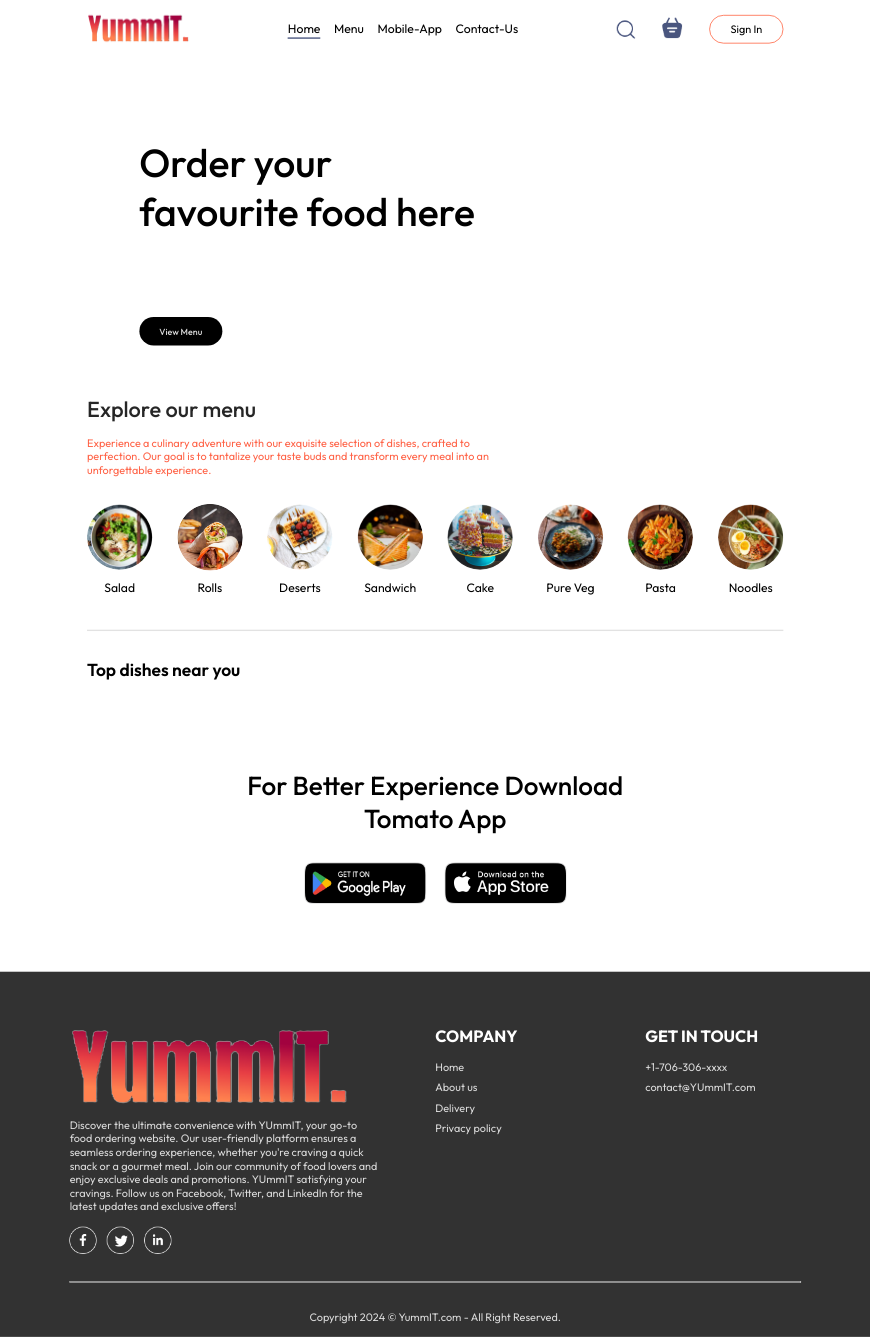
Repository: RiteshDumpala/FoodDelivery_website
Page: / (app in food-del/frontend/)
An editor plug-in stored every save of this project. The page is shown before and after the next save, followed by the edit.
The browser window is 1280 px wide. The pictures show the whole page, at 68% of full size.
The page's requests for data from a server got no answer. The project was rebuilt for these pictures with package versions that can differ from the ones it lists, and the page was loaded fresh each time. No one was signed in, and anything a server would have sent is missing. Also part of the build but not shown: food-del/frontend/vite.config.js, food-del/frontend/src/components/FoodItem/FoodItem.css, food-del/frontend/src/components/FoodItem/FoodItem.jsx, food-del/frontend/src/pages/Cart/Cart.css, food-del/frontend/src/pages/Cart/Cart.jsx, food-del/frontend/src/components/LoginPopup/LoginPopup.css, food-del/frontend/src/components/LoginPopup/LoginPopup.jsx, food-del/frontend/src/pages/PlaceOrder/PlaceOrder.css and 5 more.

Above is the page before, as saved 2024-12-02 13:51:34.

### food-del/frontend/index.html
<!doctype html>
<html lang="en">
  <head>
    <meta charset="UTF-8" />
    <link rel="icon" type="image/svg+xml" href="/vite.svg" />
    <meta name="viewport" content="width=device-width, initial-scale=1.0" />
    <title>YummIT</title>
  </head>
  <body>
    <div id="root"></div>
    <script type="module" src="/src/main.jsx"></script>
  </body>
</html>

### food-del/frontend/src/Context/StoreContext.jsx
import { createContext, useEffect, useState } from "react";
import { food_list, menu_list } from "../assets/assets";
import axios from "axios";
export const StoreContext = createContext(null);

const StoreContextProvider = (props) => {

    const url = "http://localhost:4000"
    const [food_list, setFoodList] = useState([]);
    const [cartItems, setCartItems] = useState({});
    const [token, setToken] = useState("")
    const currency = "$";
    const deliveryCharge = 5;

    const addToCart = async (itemId) => {
        if (!cartItems[itemId]) {
            setCartItems((prev) => ({ ...prev, [itemId]: 1 }));
        }
        else {
            setCartItems((prev) => ({ ...prev, [itemId]: prev[itemId] + 1 }));
        }
        if (token) {
            await axios.post(url + "/api/cart/add", { itemId }, { headers: { token } });
        }
    }

    const removeFromCart = async (itemId) => {
        setCartItems((prev) => ({ ...prev, [itemId]: prev[itemId] - 1 }))
        if (token) {
            await axios.post(url + "/api/cart/remove", { itemId }, { headers: { token } });
        }
    }

    const getTotalCartAmount = () => {
        let totalAmount = 0;
        for (const item in cartItems) {
            try {
              if (cartItems[item] > 0) {
                let itemInfo = food_list.find((product) => product._id === item);
                totalAmount += itemInfo.price * cartItems[item];
            }
            } catch (error) {

            }

        }
        return totalAmount;
    }

    const fetchFoodList = async () => {
        const response = await axios.get(url + "/api/food/list");
        setFoodList(response.data.data)
    }

    const loadCartData = async (token) => {
        const response = await axios.post(url + "/api/cart/get", {}, { headers: token });
        setCartItems(response.data.cartData);
    }

    useEffect(() => {
        async function loadData() {
            await fetchFoodList();
            if (localStorage.getItem("token")) {
                setToken(localStorage.getItem("token"))
                await loadCartData({ token: localStorage.getItem("token") })
            }
        }
        loadData()
    }, [])

    const contextValue = {
        url,
        food_list,
        menu_list,
        cartItems,
        addToCart,
        removeFromCart,
        getTotalCartAmount,
        token,
        setToken,
        loadCartData,
        setCartItems,
        currency,
        deliveryCharge
    };

    return (
        <StoreContext.Provider value={contextValue}>
            {props.children}
        </StoreContext.Provider>
    )

}

export default StoreContextProvider;

### food-del/frontend/src/components/Footer/Footer.jsx
import React from 'react'
import './Footer.css'
import { assets } from '../../assets/assets'

const Footer = () => {
  return (
    <div className='footer' id='footer'>
      <div className="footer-content">
        <div className="footer-content-left">
            <img src={assets.logo} alt="" />
            <p>Discover the ultimate convenience with YUmmIT, your go-to food ordering website. Our user-friendly platform ensures a seamless ordering experience, whether you're craving a quick snack or a gourmet meal. Join our community of food lovers and enjoy exclusive deals and promotions. YUmmIT satisfying your cravings.
            Follow us on Facebook, Twitter, and LinkedIn for the latest updates and exclusive offers!
            </p>
            <div className="footer-social-icons">
                <img src={assets.facebook_icon} alt="" />
                <img src={assets.twitter_icon} alt="" />
                <img src={assets.linkedin_icon} alt="" />
            </div>
        </div>
        <div className="footer-content-center">
            <h2>COMPANY</h2>
            <ul>
                <li>Home</li>
                <li>About us</li>
                <li>Delivery</li>
                <li>Privacy policy</li>
            </ul>
        </div>
        <div className="footer-content-right">
            <h2>GET IN TOUCH</h2>
            <ul>
                <li>+1-706-306-xxxx</li>
                <li>contact@YUmmIT.com</li>
            </ul>
        </div>
      </div>
      <hr />
      <p className="footer-copyright">Copyright 2024 © YummIT.com - All Right Reserved.</p>
    </div>
  )
}

export default Footer

### food-del/frontend/src/components/Navbar/Navbar.jsx
import React, { useContext, useEffect, useState } from 'react'
import './Navbar.css'
import { assets } from '../../assets/assets'
import { Link, useNavigate } from 'react-router-dom'
import { StoreContext } from '../../Context/StoreContext'

const Navbar = ({ setShowLogin }) => {

  const [menu, setMenu] = useState("home");
  const { getTotalCartAmount, token ,setToken } = useContext(StoreContext);
  const navigate = useNavigate();

  const logout = () => {
    localStorage.removeItem("token");
    setToken("");
    navigate('/')
  }

  return (
    <div className='navbar'>
      <Link to='/'><img className='logo' src={assets.logo} alt="" /></Link>
      <ul className="navbar-menu">
        <Link to="/" onClick={() => setMenu("home")} className={`${menu === "home" ? "active" : ""}`}>Home</Link>
        <a href='#explore-menu' onClick={() => setMenu("menu")} className={`${menu === "menu" ? "active" : ""}`}>Menu</a>
        <a href='#app-download' onClick={() => setMenu("mob-app")} className={`${menu === "mob-app" ? "active" : ""}`}>Mobile-App</a>
        <a href='#footer' onClick={() => setMenu("contact")} className={`${menu === "contact" ? "active" : ""}`}>Contact-Us</a>
      </ul>
      <div className="navbar-right">
        <img src={assets.search_icon} alt="" />
        <Link to='/cart' className='navbar-search-icon'>
          <img src={assets.basket_icon} alt="" />
          <div className={getTotalCartAmount() > 0 ? "dot" : ""}></div>
        </Link>
        {!token ? <button onClick={() => setShowLogin(true)}>Sign In</button>
          : <div className='navbar-profile'>
            <img src={assets.profile_icon} alt="" />
            <ul className='navbar-profile-dropdown'>
              <li onClick={()=>navigate('/myorders')}> <img src={assets.bag_icon} alt="" /> <p>Orders</p></li>
              <hr />
              <li onClick={logout}> <img src={assets.logout_icon} alt="" /> <p>Logout</p></li>
            </ul>
          </div>
        }

      </div>
    </div>
  )
}

export default Navbar

### food-del/frontend/src/components/Header/Header.jsx
import React from 'react'
import './Header.css'

const Header = () => {
    return (
        <div className='header'>
            <div className='header-contents'>
                <h2>Order your favourite food here</h2>
                <p>Indulge in a wide selection of mouth-watering dishes, expertly prepared with top-quality ingredients. Our goal is to delight your taste buds and enhance your dining experience with every meal. Whether you're in the mood for a hearty entrée or a light snack, we have something to satisfy every craving. Join us for an unforgettable culinary journey that will leave you coming back for more.</p>
                <button>View Menu</button>
            </div>
        </div>
    )
}

export default Header

### food-del/frontend/src/components/ExploreMenu/ExploreMenu.jsx
import React, { useContext } from 'react'
import './ExploreMenu.css'
import { StoreContext } from '../../Context/StoreContext'

const ExploreMenu = ({category,setCategory}) => {

  const {menu_list} = useContext(StoreContext);

  return (
    <div className='explore-menu' id='explore-menu'>
      <h1>Explore our menu</h1>
      <p className='explore-menu-text'>Experience a culinary adventure with our exquisite selection of dishes, crafted to perfection. Our goal is to tantalize your taste buds and transform every meal into an unforgettable experience.</p>
      <div className="explore-menu-list">
        {menu_list.map((item,index)=>{
            return (
                <div onClick={()=>setCategory(prev=>prev===item.menu_name?"All":item.menu_name)} key={index} className='explore-menu-list-item'>
                    <img src={item.menu_image} className={category===item.menu_name?"active":""} alt="" />
                    <p>{item.menu_name}</p>
                </div>
            )
        })}
      </div>
      <hr />
    </div>
  )
}

export default ExploreMenu

### food-del/frontend/src/components/FoodDisplay/FoodDisplay.jsx
import React, { useContext } from 'react'
import './FoodDisplay.css'
import FoodItem from '../FoodItem/FoodItem'
import { StoreContext } from '../../Context/StoreContext'

const FoodDisplay = ({category}) => {

  const {food_list} = useContext(StoreContext);

  return (
    <div className='food-display' id='food-display'>
      <h2>Top dishes near you</h2>
      <div className='food-display-list'>
        {food_list.map((item)=>{
          if (category==="All" || category===item.category) {
            return <FoodItem key={item._id} image={item.image} name={item.name} desc={item.description} price={item.price} id={item._id}/>
          }
        })}
      </div>
    </div>
  )
}

export default FoodDisplay

### food-del/frontend/src/components/Footer/Footer.css
.footer{
    color: #D9D9D9;
    background-color: #323232;
    display: flex;
    flex-direction: column;
    align-items: center;
    gap: 20px;
    padding: 20px 8vw;
    padding-top: 80px;
}
.footer-content{
    width: 100%;
    display: grid;
    grid-template-columns: 2fr 1fr 1fr;
    gap: 80px;
}
.footer-content-left , .footer-content-center , .footer-content-right {
    display: flex;
    flex-direction: column;
    align-items: start;
    gap: 20px;
}
.footer-content-left ul li, .footer-content-center ul li, .footer-content-right ul li{
    margin-bottom: 10px;
    list-style: none;
}
.footer-content-left h2, .footer-content-center h2, .footer-content-right h2{
    color: white;
}
.footer-social-icons img{
    width: 40px;
}
.footer-social-icons{
    display: flex;
    gap: 15px;
}
.footer li{
    cursor: pointer;
}
.footer hr{
    width: 100%;
    height: 2px;
    margin: 20px 0px;
}
@media (max-width:750px) {
    .footer-content{
        display: flex;
        flex-direction: column;
        gap: 35px;
    }
    .footer-copyright{
        text-align: center;
    }
}

### food-del/frontend/src/components/Navbar/Navbar.css
.navbar {
    padding: 20px 0px;
    display: flex;
    justify-content: space-between;
    align-items: center;
}

.navbar .logo {
    width: 150px;
}

.navbar-menu {
    display: flex;
    list-style: none;
    gap: 20px;
    color: #000000;
    font-size: 18px;
}

.navbar-menu .active {
    padding-bottom: 2px;
    border-bottom: 2px solid #49557E;
}

.navbar-right {
    display: flex;
    align-items: center;
    gap: 40px;
}

.navbar-search-icon{
position: relative;
}

.navbar-search-icon .dot{
    position: absolute;
    min-width: 10px;
    min-height: 10px;
    background-color: #FF4C24;
    border-radius: 5px;
    top: -8px;
    right: -8px;
}

.navbar-right button {
    background: transparent;
    font-size: 16px;
    color: #000000;
    border: 1px solid #FF4C24;
    padding: 10px 30px;
    border-radius: 50px;
    cursor: pointer;
    transition: 0.3s;
}

.navbar-right button:hover {
    background: #fff4f2;
}

.navbar-profile{
    position: relative;

}
.navbar-profile-dropdown{
    position: absolute;
    display: none;
    right: 0;
    z-index: 1;
}
.navbar-profile-dropdown li{
    display: flex;
    align-items: center;
    gap: 10px;
    cursor: pointer;
}
.navbar-profile-dropdown img{
    width: 20px;
}
.navbar-profile-dropdown li:hover{
    color: #FF4C24;
}
.navbar-profile:hover .navbar-profile-dropdown{
    display: flex;
    flex-direction: column;
    gap: 10px;
    background-color: #fff2ef;
    padding: 12px 25px;
    border-radius: 4px;
    border: 1px solid tomato;
    outline: 2px solid white;
    list-style: none;
}
.navbar-profile hr{
    background-color: gray;
    height: 1px;
    border: none;
}
@media (max-width:1050px) {
    .navbar .logo {
        width: 140px;
    }

    .navbar-menu {
        gap: 20px;
        font-size: 17px;
    }

    .navbar-right {
        gap: 30px;
    }

    .navbar-right img {
        width: 22px;
    }

    .navbar-right button {
        padding: 8px 25px;
    }
}

@media (max-width:900px) {
    .navbar .logo {
        width: 120px;
    }

    .navbar-menu {
        gap: 15px;
        font-size: 16px;
    }

    .navbar-right {
        gap: 20px;
    }

    .navbar-right img {
        width: 20px;
    }

    .navbar-right button {
        font-size: 15px;
        padding: 7px 20px;
    }
}

@media (max-width:750px) {
    .navbar-menu {
        display: none;
    }
}

### food-del/frontend/src/components/Header/Header.css
.header{
    height: 34vw;
    margin: 30px auto;
    background-size:contain;
    position: relative;
}
.header-contents{
    position: absolute;
    display: flex;
    flex-direction: column;
    align-items: start;
    gap: 1.5vw;
    max-width: 50%;
    bottom: 10%;
    left: 6vw;
    animation: fadeIn 3s;
}
.header-contents h2{
    font-weight:500;
    color: black;
    font-size: max(4.5vw,22px);
}
.header-contents p{
    color: white;
    font-size: 1vw;
}
.header-contents button{
    border: none;
    color: #dadada;
    font-weight: 500;
    padding: 1vw 2.3vw;
    background: black;
    font-size: max(1vw,13px);
    border-radius: 50px;
}
@media (max-width:1050px) {
    .header{
        height: 38vw;
    }
    .header-contents{
        max-width: 45%;
    }
}
@media(max-width:750px){
    .header-contents{
        max-width: 55%;
    }
    .header-contents p{
       display: none;
    }
    .header-contents button{
        padding: 2vw 4vw;
    }
}

### food-del/frontend/src/components/ExploreMenu/ExploreMenu.css
.explore-menu{
    display: flex;
    flex-direction: column;
    gap: 20px;
}
.explore-menu h1{
    color: #262626;
    font-weight: 500;
}
.explore-menu-text{
    max-width: 60%;
    color: tomato;
}
.explore-menu-list{
    display: flex;
    justify-content: space-between;
    align-items: center;
    gap: 30px;
    text-align: center;
    margin: 20px 0px;
    overflow-x: scroll;
}
.explore-menu-list::-webkit-scrollbar{
    display: none;
}
.explore-menu-list-item img{
    width: 7.5vw;
    min-width: 80px;
    cursor: pointer;
    border-radius: 50%;
    transition: 0.2s;
}
.explore-menu-list-item .active{
    border: 4px solid rgb(255, 69, 36);
    padding: 2px;
}
.explore-menu-list-item p{
    margin-top: 10px;
    color: #000000;
    font-size: max(1.4vw,16px);
    cursor: pointer;
}
.explore-menu hr{
    margin: 10px 0px;
    height: 2px;
    background-color: #E2E2E2;
    border: none;
}
@media (max-width:1050px) {
    .explore-menu-text{
        max-width: 100%;
        font-size: 14px;
    }
}

Loaded but not shown: food-del/frontend/src/main.jsx (common file); food-del/frontend/src/App.jsx (common file); food-del/frontend/src/index.css (common file); food-del/frontend/src/pages/Home/Home.jsx (common file); food-del/frontend/src/components/AppDownload/AppDownload.jsx (common file); food-del/frontend/src/components/FoodDisplay/FoodDisplay.css (common file); food-del/frontend/src/components/AppDownload/AppDownload.css (common file); food-del/frontend/src/assets/assets.js (354 lines, source omitted)

After the next save:
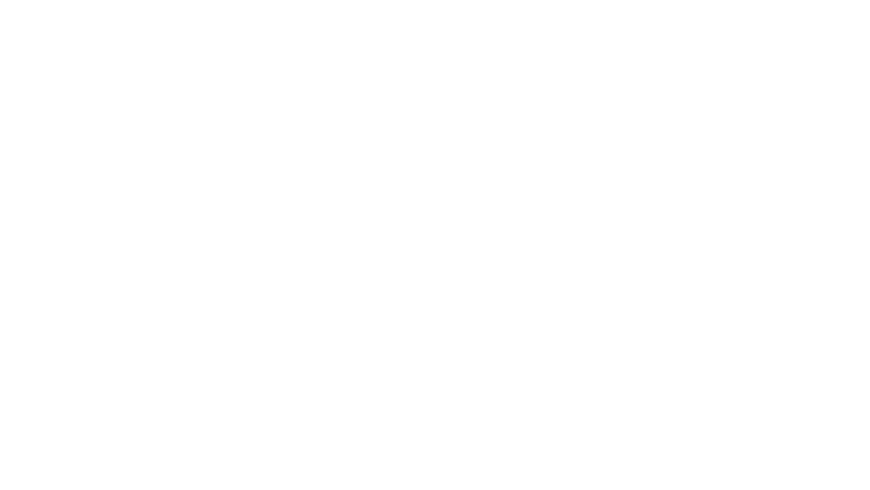
Console error (its wording comes from the project's code and is left out).
Saved 39 s later.
--- a/food-del/frontend/src/components/Header/Header.jsx
+++ b/food-del/frontend/src/components/Header/Header.jsx
@@ -1,9 +1,12 @@
 import React from 'react'
 import './Header.css'
-
+import headerImage from '../../assets/header_img.png';
 const Header = () => {
     return (
         <div className='header'>
+            style={{
+                 backgroundImage: `url(${headerImage})`
+            }}
             <div className='header-contents'>
                 <h2>Order your favourite food here</h2>
                 <p>Indulge in a wide selection of mouth-watering dishes, expertly prepared with top-quality ingredients. Our goal is to delight your taste buds and enhance your dining experience with every meal. Whether you're in the mood for a hearty entrée or a light snack, we have something to satisfy every craving. Join us for an unforgettable culinary journey that will leave you coming back for more.</p>

After the 2 saves that followed:
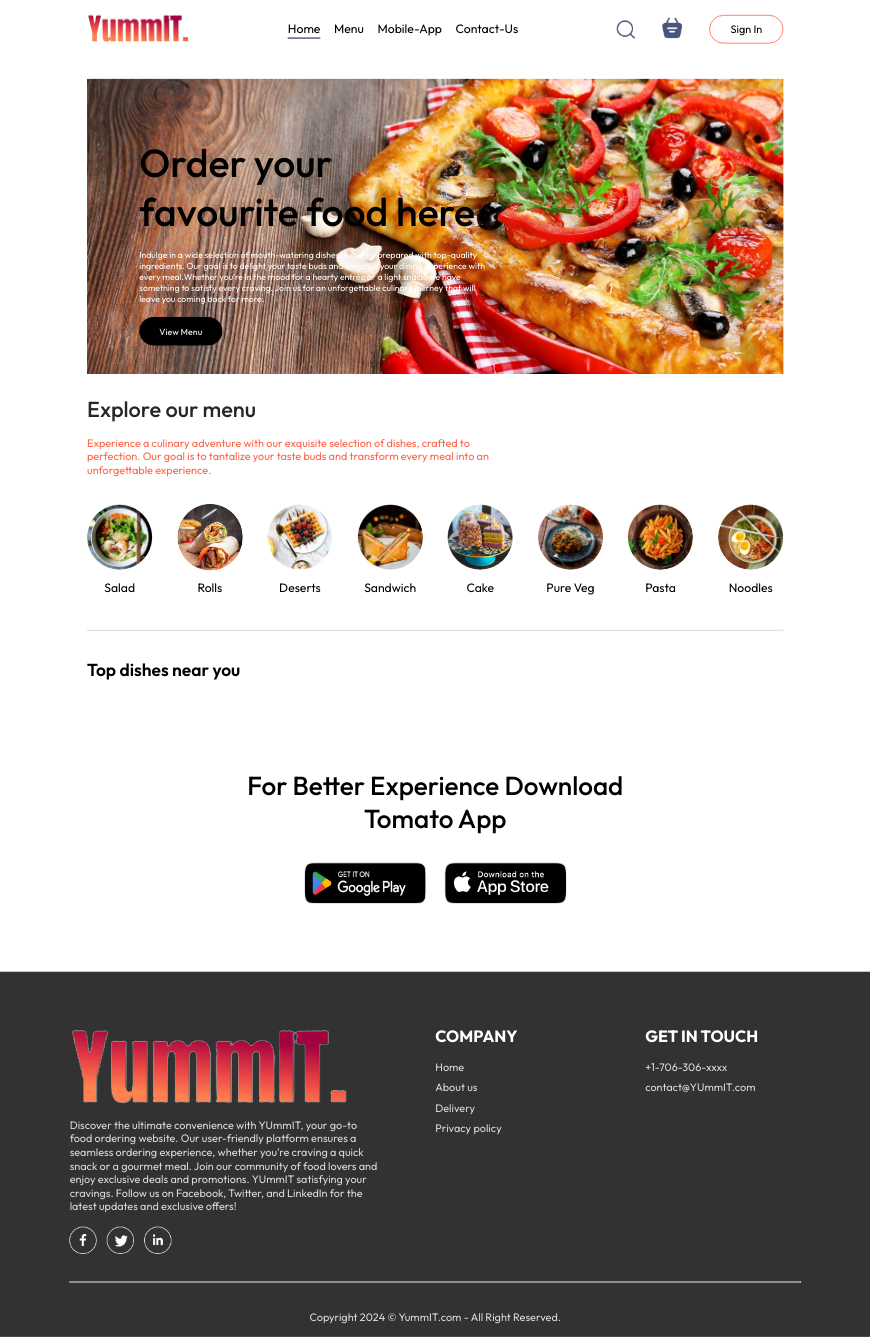
The error is gone.
The 2 saves are shown as one change because 1 left the picture as it was.
The last was saved 3 min 34 s later.
--- a/food-del/frontend/src/components/Header/Header.jsx
+++ b/food-del/frontend/src/components/Header/Header.jsx
@@ -1,15 +1,12 @@
 import React from 'react'
 import './Header.css'
-import headerImage from '../../assets/header_img.png';
+
 const Header = () => {
     return (
         <div className='header'>
-            style={{
-                 backgroundImage: `url(${headerImage})`
-            }}
             <div className='header-contents'>
                 <h2>Order your favourite food here</h2>
-                <p>Indulge in a wide selection of mouth-watering dishes, expertly prepared with top-quality ingredients. Our goal is to delight your taste buds and enhance your dining experience with every meal. Whether you're in the mood for a hearty entrée or a light snack, we have something to satisfy every craving. Join us for an unforgettable culinary journey that will leave you coming back for more.</p>
+                <p>Indulge in a wide selection of mouth-watering dishes, expertly prepared with top-quality ingredients. Our goal is to delight your taste buds and enhance your dining experience with every meal.Whether you're in the mood for a hearty entrée or a light snack, we have something to satisfy every craving. Join us for an unforgettable culinary journey that will leave you coming back for more.</p>
                 <button>View Menu</button>
             </div>
         </div>
--- a/food-del/frontend/src/components/Header/Header.css
+++ b/food-del/frontend/src/components/Header/Header.css
@@ -1,6 +1,7 @@
 .header{
     height: 34vw;
     margin: 30px auto;
+    background: url('/header_img.png') no-repeat;
     background-size:contain;
     position: relative;
 }
